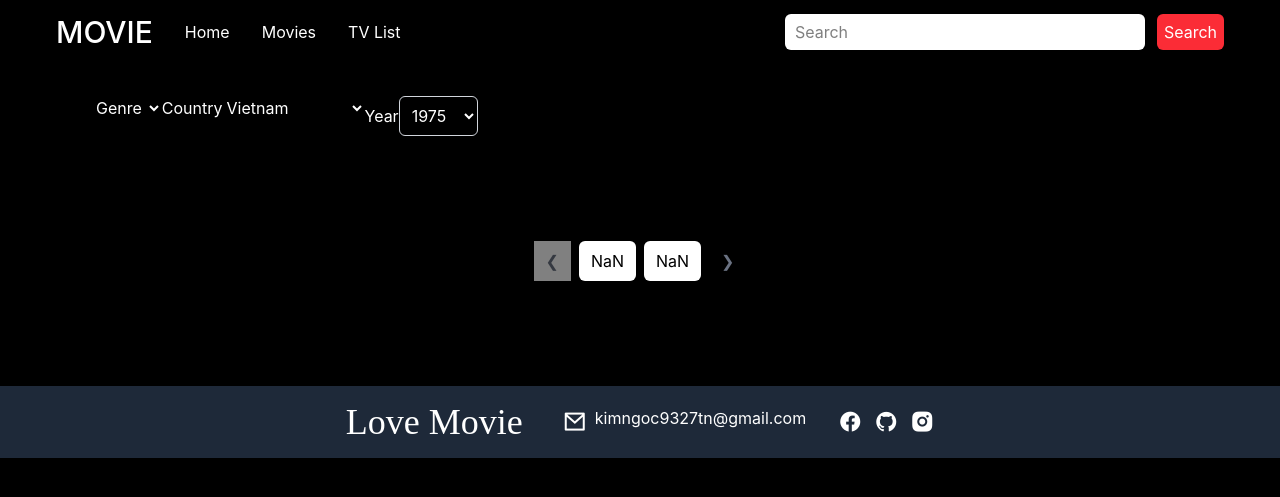
Repository: kimngoc9327/Love_Movie_Project
Page: /search
These files come from the project's save history. The page is drawn as it stood at one moment and after the next save; the edit follows.
The browser window is 1280 px wide. The pictures show the whole page.
The page's requests for data from a server got no answer. The project was rebuilt for these pictures with package versions that can differ from the ones it lists, and the page was loaded fresh each time. No one was signed in, and anything a server would have sent is missing. Also part of the build but not shown: vite.config.js, src/components/ui/VoteAverage.jsx, src/components/ui/MovieCard.jsx, src/components/ui/MovieList.jsx, src/components/ui/Banner.jsx, src/pages/Home.jsx, src/pages/MovieCategory.jsx, src/components/ui/PlayTrailerButton.jsx and 6 more.

Above is the page before, as saved 2025-03-29 18:04:50.

### index.html
<!DOCTYPE html>
<html lang="en">
  <head>
    <meta charset="UTF-8" />
    <link rel="icon" type="image/svg+xml" href="/love-movie-logo.ico" />
    <meta name="viewport" content="width=device-width, initial-scale=1.0" />
    <title>Love Movie</title>
  </head>
  <body>
    <div id="root"></div>
    <script type="module" src="/src/main.jsx"></script>
  </body>
</html>

### src/main.jsx
import { createRoot } from "react-dom/client";
import "./index.css";
import App from "./App.jsx";
import { store } from "./redux/store";
import { Provider } from "react-redux";
import { BrowserRouter } from "react-router-dom";

createRoot(document.getElementById("root")).render(
  <BrowserRouter>
    <Provider store={store}>
      <App />
    </Provider>
  </BrowserRouter>
);

### src/index.css
@import "tailwindcss";
@import "remixicon/fonts/remixicon.css";

:root {
  font-family: Inter, system-ui, Avenir, Helvetica, Arial, sans-serif;
  background-color: black;
}

/* a {
  font-weight: 500;
  color: #646cff;
  text-decoration: inherit;
}
a:hover {
  color: #535bf2;
}

body {
  margin: 0;
  display: flex;
  place-items: center;
  min-width: 320px;
  min-height: 100vh;
}

h1 {
  font-size: 3.2em;
  line-height: 1.1;
}

button {
  border-radius: 8px;
  border: 1px solid transparent;
  padding: 0.6em 1.2em;
  font-size: 1em;
  font-weight: 500;
  font-family: inherit;
  background-color: #1a1a1a;
  cursor: pointer;
  transition: border-color 0.25s;
}
button:hover {
  border-color: #646cff;
}
button:focus,
button:focus-visible {
  outline: 4px auto -webkit-focus-ring-color;
}

@media (prefers-color-scheme: light) {
  :root {
    color: #213547;
    background-color: #ffffff;
  }
  a:hover {
    color: #747bff;
  }
  button {
    background-color: #f9f9f9;
  }
} */

### src/App.jsx
import { Route, Routes } from "react-router-dom";
import publicRoutes from "./routes";
import DefaultLayout from "./components/layout/DefaultLayout";
import { Fragment } from "react";
function App() {
  return (
    <>
      <Routes>
        {publicRoutes.map((route, index) => {
          const Page = route.component;
          let Layout = DefaultLayout;
          if (route.layout) {
            Layout = route.layout;
          } else if (route.layout === null) {
            Layout = Fragment;
          }
          return (
            <Route
              key={index}
              path={route.path}
              element={
                <Layout>
                  <Page />
                </Layout>
              }
            />
          );
        })}
      </Routes>
    </>
  );
}

export default App;

### src/redux/store.jsx
import { createStore, applyMiddleware } from "redux";
import { rootReducer } from "./rootReducer";
import { thunk } from "redux-thunk";

const store = createStore(rootReducer, applyMiddleware(thunk));

export { store };

### src/routes/index.jsx
import DefaultLayout from "../components/layout/DefaultLayout";
import Home from "../pages/Home";
import MovieCategory from "../pages/MovieCategory";
import Movie from "../pages/Movie";
import MovieGenre from "../pages/MovieGenre";
import SearchMovie from "../pages/SearchMovie";
// import SearchMovie from "../pages/SearchMovie";

const publicRoutes = [
  { path: "/", component: Home, layout: DefaultLayout },
  { path: "/genre", component: MovieGenre, layout: DefaultLayout },
  { path: "/movieCategory", component: MovieCategory, layout: DefaultLayout },
  { path: "/movie", component: Movie, layout: DefaultLayout },
  { path: "/search", component: SearchMovie, layout: DefaultLayout },
];

export default publicRoutes;

### src/components/layout/DefaultLayout.jsx
import Header from "./Header";
import Footer from "./Footer";
import PropTypes from "prop-types";

function DefaultLayout({ children }) {
  return (
    <div>
      <Header />
      <div>{children}</div>
      <Footer />
    </div>
  );
}

DefaultLayout.propTypes = {
  children: PropTypes.any,
};

export default DefaultLayout;

### src/redux/rootReducer.jsx
import { combineReducers } from "redux";
import movieReducer from "./reducer/movieReducer";

export const rootReducer = combineReducers({
  movieReducer,
});

### src/pages/SearchMovie.jsx
import { useEffect, useState } from "react";
import { useDispatch, useSelector } from "react-redux";
import { useLocation, useNavigate } from "react-router-dom";
import { searchMovie } from "../redux/actions/movieActions";
import MovieCard from "../components/ui/MovieCard";
import { POSTER_PATH } from "../constants/constants";
import PaginationButton from "../components/ui/PaginationButton";
import MovieFilterBar from "../components/ui/MovieFilterBar";

function SearchMovie() {
  const dispatch = useDispatch();
  const location = useLocation();
  const navigate = useNavigate();

  const queryParams = new URLSearchParams(location.search);
  const query = queryParams.get("query");
  const movies = useSelector((state) => state.movieReducer.search);
  const [page, setPage] = useState(1);

  useEffect(() => {
    if (query) {
      const params = {
        page: page,
        query: query,
      };
      dispatch(searchMovie(params));
    }
  }, [dispatch, query, page]);

  useEffect(() => {
    console.log(movies);
  });

  const totalPages = movies?.total_pages;

  const handleSelectMovie = (id) => {
    navigate(`/movie?id=${id}`);
  };

  return (
    <div className="flex flex-col items-center  m-24 ">
      <MovieFilterBar />

      <div className="grid grid-cols-4 gap-8  my-12">
        {movies?.results
          ?.filter((movie) => movie.title && movie.poster_path)
          .map((movie) => (
            <div onClick={() => handleSelectMovie(movie?.id)} key={movie.id}>
              <MovieCard
                title={movie?.title}
                poster={POSTER_PATH + movie?.poster_path}
                vote={Number(movie?.vote_average.toFixed(2))}
              />
            </div>
          ))}
      </div>
      <PaginationButton
        currentPage={page}
        onPageChange={setPage}
        totalPages={totalPages}
      />
    </div>
  );
}

export default SearchMovie;

### src/components/layout/Header.jsx
import { Link } from "react-router-dom";
import MovieDropdown from "../ui/MovieDropdown";
import SearchInput from "../ui/SearchInput";

const Header = () => {
  return (
    <div className="flex fixed z-50 w-screen top-0 items-center text-white p-[24px] h-[64px] bg-black">
      <div className="flex space-x-8 items-center ml-8">
        <Link to="/">
          <p className="hover:text-red-500 font-medium text-3xl">MOVIE</p>
        </Link>
        <Link to="/">
          <p className="hover:text-red-500 text-base">Home</p>
        </Link>
        <MovieDropdown />
        <p className="hover:text-red-500  text-base">TV List</p>
      </div>
      <SearchInput />
    </div>
  );
};

export default Header;

### src/components/layout/Footer.jsx
function Footer() {
  return (
    <div className="flex space-x-10 mt-12 p-4 items-center justify-center text-white bg-gray-800">
      <p className="font-[fantasy] text-4xl ">Love Movie</p>
      <div className="flex space-x-8">
        <div className="space-y-3">
          <div className="flex space-x-2">
            <i className="ri-mail-line text-2xl"></i>{" "}
            <p>kimngoc9327tn@gmail.com</p>
          </div>
        </div>
        <div className="flex space-x-3">
          <i className="ri-facebook-circle-fill  text-2xl"></i>
          <i className="ri-github-fill  text-2xl"></i>
          <i className="ri-instagram-fill  text-2xl"></i>
        </div>
      </div>
    </div>
  );
}

export default Footer;

### src/redux/reducer/movieReducer.jsx
import {
  GET_GENRE_MOVIE,
  GET_MOVIE,
  GET_MOVIE_COLLECTION,
  GET_MOVIE_DISCOVER,
  GET_MOVIES,
  SEARCH_MOVIE,
} from "../types";

const initialState = {
  movies: {},
  genres: {},
  search: {},
  collection: null,
  currentMovie: null,
};

const movieReducer = (state = initialState, action) => {
  switch (action.type) {
    case GET_MOVIES:
      return {
        ...state,
        movies: { ...state.movies, [action.category]: action.payload },
      };
    case GET_MOVIE_DISCOVER:
      return { ...state, movies: action.payload };
    case GET_MOVIE_COLLECTION:
      return { ...state, collection: action.payload };
    case GET_GENRE_MOVIE:
      return { ...state, genres: action.payload };
    case SEARCH_MOVIE:
      return { ...state, search: action.payload };
    case GET_MOVIE:
      return { ...state, currentMovie: action.payload };
    default:
      return state;
  }
};

export default movieReducer;

### src/redux/actions/movieActions.jsx
import axios from "axios";
import {
  GET_MOVIES,
  GET_MOVIE,
  GET_MOVIE_DISCOVER,
  GET_GENRE_MOVIE,
  GET_MOVIE_COLLECTION,
  SEARCH_MOVIE,
} from "../types";
import { AUTH_TOKEN, BASE_URL } from "../../constants/constants";

const getMovies =
  (category, params = {}) =>
  async (dispatch) => {
    try {
      const response = await axios.get(`${BASE_URL}/movie/${category}`, {
        headers: {
          Authorization: `Bearer ${AUTH_TOKEN}`,
        },
        params: {
          ...params,
        },
      });

      dispatch({ type: GET_MOVIES, payload: response.data, category });
    } catch (error) {
      console.error(error);
    }
  };

const getMovieDiscover =
  (params = {}) =>
  async (dispatch) => {
    try {
      const response = await axios.get(`${BASE_URL}/discover/movie`, {
        headers: {
          Authorization: `Bearer ${import.meta.env.VITE_API_TOKEN}`,
        },
        params: {
          ...params,
        },
      });

      dispatch({ type: GET_MOVIE_DISCOVER, payload: response.data });
    } catch (error) {
      console.log(error);
    }
  };

const getGenreMovie = () => async (dispatch) => {
  try {
    const response = await axios.get(`${BASE_URL}/genre/movie/list`, {
      headers: {
        Authorization: `Bearer ${AUTH_TOKEN}`,
      },
    });

    dispatch({ type: GET_GENRE_MOVIE, payload: response.data });
  } catch (error) {
    console.log(error);
  }
};

const getMovieCollection = (id) => async (dispatch) => {
  try {
    const response = await axios.get(`${BASE_URL}/collection/${id}`, {
      headers: {
        Authorization: `Bearer ${AUTH_TOKEN}`,
      },
    });
    dispatch({ type: GET_MOVIE_COLLECTION, payload: response.data });
  } catch (error) {
    console.log(error);
  }
};

const searchMovie =
  (params = {}) =>
  async (dispatch) => {
    try {
      const response = await axios.get(`${BASE_URL}/search/movie`, {
        headers: {
          Authorization: `Bearer ${AUTH_TOKEN}`,
        },
        params: {
          ...params,
        },
      });

      dispatch({ type: SEARCH_MOVIE, payload: response.data });
    } catch (error) {
      console.log(error);
    }
  };

const getMovie = (id) => async (dispatch) => {
  try {
    const response = await axios.get(`${BASE_URL}/movie/${id}`, {
      headers: {
        Authorization: `Bearer ${AUTH_TOKEN}`,
      },
      params: {
        append_to_response: "videos,translations,casts",
        language: "en-US",
      },
    });

    dispatch({ type: GET_MOVIE, payload: response.data });
  } catch (error) {
    console.log(error);
  }
};

export {
  getMovies,
  getMovie,
  getMovieDiscover,
  getGenreMovie,
  getMovieCollection,
  searchMovie,
};

### src/constants/constants.jsx
export const API_KEY = import.meta.env.VITE_API_KEY;
export const AUTH_TOKEN = import.meta.env.VITE_API_TOKEN;
export const DEFAULT_IMAGE =
  "https://www.themoviedb.org/assets/2/v4/glyphicons/basic/glyphicons-basic-38-picture-grey-c2ebdbb057f2a7614185931650f8cee23fa137b93812ccb132b9df511df1cfac.svg";
export const POSTER_PATH = `https://image.tmdb.org/t/p/w500`;
export const BACKDROP_PATH = `https://image.tmdb.org/t/p/original`;
export const BASE_URL = `https://api.themoviedb.org/3`;

### src/components/ui/PaginationButton.jsx
import PropTypes from "prop-types";

const PaginationButton = ({ currentPage, totalPages, onPageChange }) => {
  const getPageNumbers = () => {
    const pages = [];
    const maxPages = Math.min(totalPages, 500);

    if (maxPages <= 6) {
      for (let i = 1; i <= maxPages; i++) pages.push(i);
    } else {
      if (currentPage > 1) pages.push(1, "...");

      if (currentPage < maxPages - 1) {
        pages.push(currentPage);
        if (currentPage + 1 <= maxPages) pages.push(currentPage + 1);
        if (currentPage + 2 <= maxPages) pages.push(currentPage + 2);
      }

      if (currentPage < maxPages - 2) pages.push("...");

      pages.push(maxPages - 1, maxPages);
    }

    return pages;
  };

  return (
    <div className="flex items-center space-x-2 border rounded-md px-4 py-2">
      <button
        className={`px-3 py-2 bg-white text-gray-500 hover:cursor-pointer ${
          currentPage === 1
            ? "opacity-50 cursor-not-allowed"
            : "hover:bg-gray-200"
        }`}
        disabled={currentPage === 1}
        onClick={() => onPageChange(currentPage - 1)}
      >
        ❮
      </button>

      {getPageNumbers().map((page, index) =>
        page === "..." ? (
          <span key={index} className="px-3 py-2 text-gray-500 ">
            ...
          </span>
        ) : (
          <button
            key={index}
            className={`px-3 py-2 bg-white rounded-md hover:cursor-pointer ${
              currentPage === page
                ? "!bg-indigo-600 text-white"
                : "hover:bg-gray-200"
            }`}
            onClick={() => onPageChange(page)}
          >
            {page}
          </button>
        )
      )}

      <button
        className={`px-3 py-2 text-gray-500 hover:cursor-pointer ${
          currentPage === totalPages
            ? "opacity-50 cursor-not-allowed"
            : "hover:bg-gray-200"
        }`}
        disabled={currentPage === totalPages}
        onClick={() => onPageChange(currentPage + 1)}
      >
        ❯
      </button>
    </div>
  );
};

PaginationButton.propTypes = {
  currentPage: PropTypes.any,
  onPageChange: PropTypes.any,
  totalPages: PropTypes.any,
};

export default PaginationButton;

### src/components/ui/MovieFilterBar.jsx
import { useEffect } from "react";
import { useDispatch, useSelector } from "react-redux";
import { getGenreMovie } from "../../redux/actions/movieActions";

function MovieFilterBar() {
  const countries = [
    {
      name: "Vietnam",
      iso_3166_1: "VN",
    },
    {
      name: "South Korea",
      iso_3166_1: "KR",
    },
    {
      name: "China",
      iso_3166_1: "CN",
    },
    {
      name: "Japan",
      iso_3166_1: "JP",
    },
    {
      name: "Taiwan",
      iso_3166_1: "TW",
    },
    {
      name: "Hong Kong",
      iso_3166_1: "HK",
    },
    {
      name: "Thailand",
      iso_3166_1: "TH",
    },
    {
      name: "Indonesia",
      iso_3166_1: "ID",
    },
    {
      name: "United Kingdom",
      iso_3166_1: "GB",
    },
    {
      name: "United States",
      iso_3166_1: "US",
    },
    {
      name: "France",
      iso_3166_1: "FR",
    },
    {
      name: "India",
      iso_3166_1: "IN",
    },
  ];

  const startYear = 1975;
  const endYear = 2025;
  const years = Array.from(
    { length: endYear - startYear + 1 },
    (_, i) => startYear + i
  );

  const dispatch = useDispatch();
  const genres = useSelector((state) => state.movieReducer.genres);

  useEffect(() => {
    dispatch(getGenreMovie());
  }, [dispatch]);
  return (
    <div className="flex text-white w-full">
      <div>
        <label>Genre</label>
        <select>
          {genres?.genres?.map((genre, index) => (
            <option key={index}> {genre.name} </option>
          ))}
        </select>
      </div>

      <div>
        <label>Country</label>
        <select name="" id="">
          {countries.map((country, index) => (
            <option key={index} value={country.iso_3166_1}>
              {country.name}
            </option>
          ))}
        </select>
      </div>

      <div>
        {" "}
        <label htmlFor="">Year</label>
        <select className="border border-gray-300 rounded-md p-2">
          {years.map((year) => (
            <option key={year} value={year}>
              {year}
            </option>
          ))}
        </select>
      </div>
    </div>
  );
}

export default MovieFilterBar;

### src/components/ui/MovieDropdown.jsx
import { Menu, MenuButton, MenuItem, MenuItems } from "@headlessui/react";
import { useEffect, useState } from "react";
import { useDispatch, useSelector } from "react-redux";
import {
  getGenreMovie,
  getMovieDiscover,
} from "../../redux/actions/movieActions";
import { useNavigate } from "react-router-dom";

function MovieDropdown() {
  const [isOpen, setIsOpen] = useState(false);
  const dispatch = useDispatch();
  const navigate = useNavigate();
  const genres = useSelector((state) => state.movieReducer.genres);

  useEffect(() => {
    dispatch(getGenreMovie());
  }, [dispatch]);

  const handleGenreSelect = (genreId) => {
    dispatch(getMovieDiscover(genreId));
    navigate(`/genre?genre=${genreId}`);
    setIsOpen(false);
  };

  return (
    <div className="relative" onMouseUp={() => setIsOpen(true)}>
      <Menu>
        <MenuButton className="hover:text-red-500 text-base">Movies</MenuButton>
        {isOpen && (
          <MenuItems className="grid grid-cols-3 gap-4 absolute left-0 mt-2 w-150 p-2 origin-top-right rounded-md bg-black ring-1 z-40 focus:outline-none">
            {genres?.genres?.map((genre) => (
              <MenuItem
                id={genre.id}
                key={genre.id}
                as="div"
                className="px-4 py-2 text-white hover:bg-gray-700 cursor-pointer"
                onClick={() => handleGenreSelect(genre.id)}
              >
                {genre.name}
              </MenuItem>
            ))}
          </MenuItems>
        )}
      </Menu>
    </div>
  );
}

export default MovieDropdown;

### src/components/ui/SearchInput.jsx
// import { useEffect, useState } from "react";
// import { useDispatch, useSelector } from "react-redux";
// import { useLocation, useNavigate } from "react-router-dom";
// import { searchMovie } from "../../redux/actions/movieActions";
// import { POSTER_PATH } from "../../constants/constants";

// function SearchInput() {
//   const navigate = useNavigate();
//   const dispatch = useDispatch();
//   const location = useLocation();
//   const movies = useSelector((state) => state.movieReducer.search);
//   // const [page, setPage] = useState(1);
//   const [query, setQuery] = useState("");
//   const [showResults, setShowResults] = useState(false);

//   useEffect(() => {
//     const timer = setTimeout(() => {
//       dispatch(searchMovie({ query: query }));
//       setShowResults(true);
//     }, 500);

//     return () => clearTimeout(timer);
//   }, [dispatch, query]);

//   useEffect(() => {
//     setShowResults(false);
//   }, [location.pathname, location.search]);

//   const handleSearch = (e) => {
//     e.preventDefault();
//     navigate(`/search?query=${query}`);
//   };

//   const handleSelectMovie = (id) => {
//     navigate(`/movie?id=${id}`);
//     setShowResults(false);
//     setQuery("");
//   };

//   return (
//     <>
//       <form
//         onSubmit={handleSearch}
//         className="ml-auto mr-8  flex items-center space-x-3"
//       >
//         <input
//           className="h-[36px] w-90 text-black pl-[10px] bg-white rounded-md "
//           placeholder="Search"
//           value={query || ""}
//           onChange={(e) => setQuery(e.target.value)}
//         />
//         <button
//           type="submit"
//           className="bg-red-500 px-[7px] h-[36px] text-center rounded-md"
//         >
//           Search
//         </button>

//         {showResults && movies?.results?.length > 0 && (
//           <div className="absolute w-90 top-14 bg-black text-white mt-2 rounded-md shadow-lg p-2">
//             {movies?.results?.slice(0, 8).map((movie, index) => (
//               <div
//                 onClick={() => handleSelectMovie(movie?.id)}
//                 key={index}
//                 className=" p-2 cursor-pointer hover:bg-gray-800 flex space-x-4 items-center"
//               >
//                 <img
//                   src={POSTER_PATH + movie.poster_path}
//                   className="object-cover w-10 h-10"
//                 />
//                 <span className="text-gray-300">{movie.title}</span>
//               </div>
//             ))}
//           </div>
//         )}
//       </form>
//     </>
//   );
// }

// export default SearchInput;

import { useEffect, useState, useRef } from "react";
// import { useDispatch, useSelector } from "react-redux";
import { useLocation, useNavigate } from "react-router-dom";
// import { searchMovie } from "../../redux/actions/movieActions";
import { AUTH_TOKEN, BASE_URL, POSTER_PATH } from "../../constants/constants";
import axios from "axios";

function SearchInput() {
  const navigate = useNavigate();
  // const dispatch = useDispatch();
  const location = useLocation();
  // const movies = useSelector((state) => state.movieReducer.search);
  const [query, setQuery] = useState("");
  const [showResults, setShowResults] = useState(false);

  // Tạo ref để tham chiếu đến hộp kết quả tìm kiếm
  const resultsRef = useRef(null);

  const [suggestions, setSuggestions] = useState([]); // Thêm state cục bộ để lưu kết quả gợi ý

  useEffect(() => {
    if (query.trim() === "") {
      setSuggestions([]);
      return;
    }

    const timer = setTimeout(async () => {
      try {
        const response = await axios.get(`${BASE_URL}/search/movie`, {
          headers: {
            Authorization: `Bearer ${AUTH_TOKEN}`,
          },
          params: {
            query: query,
            include_adult: false,
            language: "en-US",
            page: 1,
          },
        });

        setSuggestions(response.data);
        setShowResults(true);
      } catch (error) {
        console.error("Lỗi khi tìm kiếm phim:", error);
        setSuggestions([]);
      }
    }, 500);

    return () => clearTimeout(timer);
  }, [query]);

  useEffect(() => {
    console.log(suggestions);
  });

  useEffect(() => {
    setShowResults(false);
  }, [location.pathname, location.search]);

  // Đóng showResults khi click ra ngoài
  useEffect(() => {
    function handleClickOutside(event) {
      if (resultsRef.current && !resultsRef.current.contains(event.target)) {
        setShowResults(false);
      }
    }

    document.addEventListener("mousedown", handleClickOutside);
    return () => document.removeEventListener("mousedown", handleClickOutside);
  }, []);

  const handleSearch = (e) => {
    e.preventDefault();
    navigate(`/search?query=${query}`);
  };

  const handleSelectMovie = (id) => {
    navigate(`/movie?id=${id}`);
    setShowResults(false);
    setQuery("");
  };

  return (
    <>
      <form
        onSubmit={handleSearch}
        className="ml-auto mr-8 flex items-center space-x-3 relative"
      >
        <input
          className="h-[36px] w-90 text-black pl-[10px] bg-white rounded-md"
          placeholder="Search"
          value={query || ""}
          onChange={(e) => setQuery(e.target.value)}
        />
        <button
          type="submit"
          className="bg-red-500 px-[7px] h-[36px] text-center rounded-md"
        >
          Search
        </button>

        {/* Hiển thị kết quả tìm kiếm */}
        {showResults && suggestions?.results?.length > 0 && (
          <div
            ref={resultsRef} // Gán ref vào hộp kết quả
            className="absolute w-90 top-14 bg-black text-white mt-2 rounded-md shadow-lg p-2"
          >
            {suggestions?.results?.slice(0, 8).map((movie, index) => (
              <div
                onClick={() => handleSelectMovie(movie?.id)}
                key={index}
                className="p-2 cursor-pointer hover:bg-gray-800 flex space-x-4 items-center"
              >
                <img
                  src={POSTER_PATH + movie.poster_path}
                  className="object-cover w-10 h-10"
                />
                <span className="text-gray-300">{movie.title}</span>
              </div>
            ))}
          </div>
        )}
      </form>
    </>
  );
}

export default SearchInput;

### src/redux/types.jsx
export const GET_MOVIES = "GET_MOVIES";
export const GET_MOVIE = "GET_MOVIE";
export const GET_GENRE_MOVIE = "GET_GENRE_MOVIE";
export const GET_MOVIE_DISCOVER = "GET_MOVIE_DISCOVER";
export const GET_MOVIE_COLLECTION = "GET_MOVIE_COLLECTION";
export const SEARCH_MOVIE = "SEARCH_MOVIE";

After the next save:
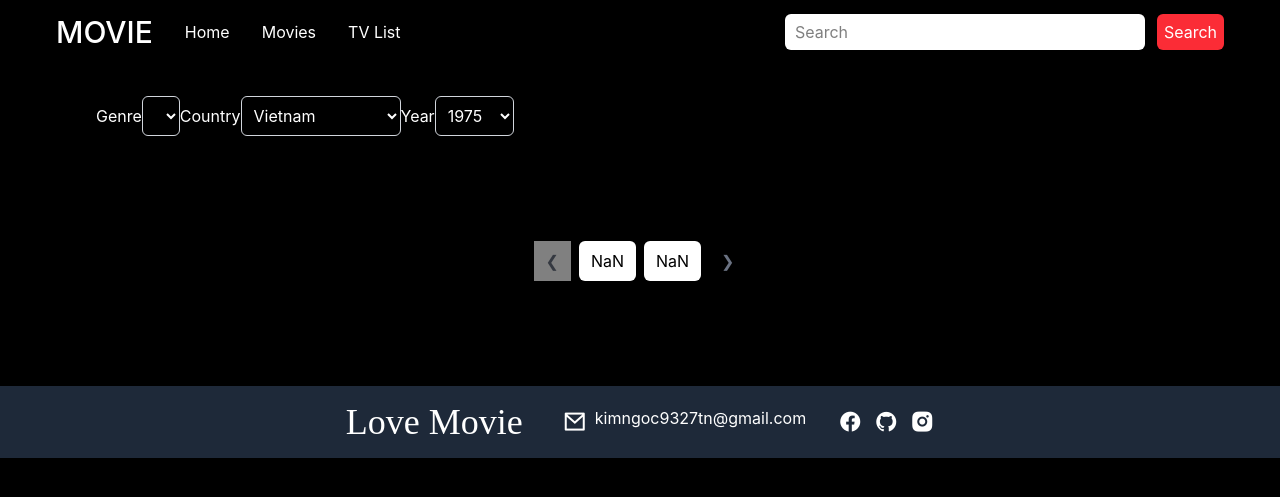
Saved 27 s later.
--- a/src/components/ui/MovieFilterBar.jsx
+++ b/src/components/ui/MovieFilterBar.jsx
@@ -71,7 +71,7 @@ function MovieFilterBar() {
     <div className="flex text-white w-full">
       <div>
         <label>Genre</label>
-        <select>
+        <select className="border border-gray-300 rounded-md p-2">
           {genres?.genres?.map((genre, index) => (
             <option key={index}> {genre.name} </option>
           ))}
@@ -80,7 +80,7 @@ function MovieFilterBar() {
 
       <div>
         <label>Country</label>
-        <select name="" id="">
+        <select name="" id="" className="border border-gray-300 rounded-md p-2">
           {countries.map((country, index) => (
             <option key={index} value={country.iso_3166_1}>
               {country.name}
